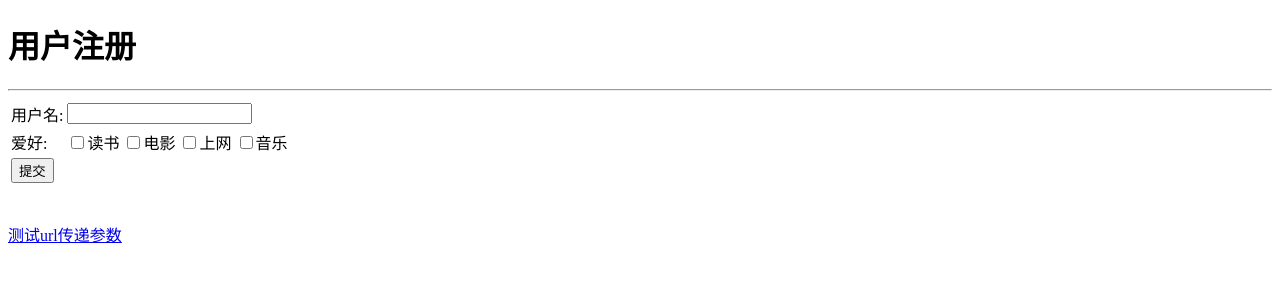
Repository: LauJoeng/JavaEE
Page: http://localhost/JspBaseElementDemo/reg.jsp
The author's editor kept a copy of each file at every save. The page is drawn from the files as they stood at one save, then again after the next save.
The browser window is 1280 px wide. The pictures show the whole page.
The page is served by Tomcat 9.

Above is the page before, as saved 2017-11-19 10:10:08.

### JspBaseElementDemo/WebContent/reg.jsp
<%@ page language="java" contentType="text/html; charset=UTF-8"
    pageEncoding="UTF-8"%>
<!DOCTYPE html PUBLIC "-//W3C//DTD HTML 4.01 Transitional//EN" "http://www.w3.org/TR/html4/loose.dtd">
<html>
<head>
<meta http-equiv="Content-Type" content="text/html; charset=UTF-8">
<title>Insert title here</title>
</head>
<body>
	<h1>用户注册</h1>
	<hr>
	<form action="request.jsp" name="regForm" method="post">
		<table>
			<tr>
				<td>用户名:</td>
				<td><input type="text" name="username"></td>
			</tr>
			<tr>
				<td>爱好:</td>
				<td>
					<input type="checkbox" name="favorite" value="read">读书
					<input type="checkbox" name="favorite" value="movie">电影
					<input type="checkbox" name="favorite" value="internet">上网
					<input type="checkbox" name="favorite" value="music">音乐
				</td>
			</tr>
			<tr>
				<td colspan="2"><input type="submit" value="提交"></td>
			</tr>
		</table>
	</form>
	<br>
	<br>
	<a href="request.jsp?username="lisi">测试url传递参数</a>
</body>
</html>

After the next save:
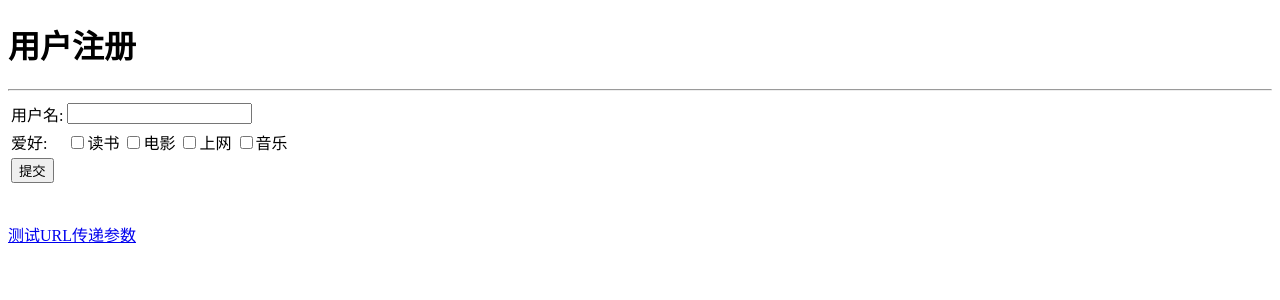
Saved 36 s later.
--- a/JspBaseElementDemo/WebContent/reg.jsp
+++ b/JspBaseElementDemo/WebContent/reg.jsp
@@ -31,6 +31,6 @@
 	</form>
 	<br>
 	<br>
-	<a href="request.jsp?username="lisi">测试url传递参数</a>
+	<a href="request.jsp?username="sss">测试URL传递参数</a>
 </body>
 </html>
